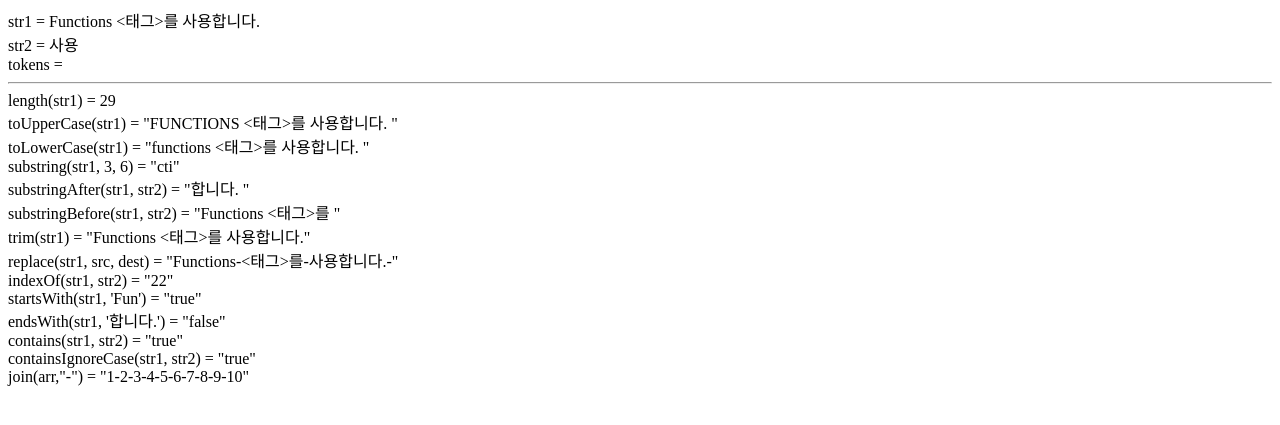
Repository: zhyuk/FullStackStudy
Page: http://localhost/jsptwo/13_04_jstl_function.jsp
These files come from the project's save history. The page is drawn as it stood at one moment and after the next save; the edit follows.
The browser window is 1280 px wide. The pictures show the whole page.
The page is served by Tomcat 9. Other server files are loaded and not shown.

Above is the page before, as saved 2024-08-30 08:59:15.

### jsp/jspwork/jsptwo/src/main/webapp/13_04_jstl_function.jsp
<%@ page language="java" contentType="text/html; charset=UTF-8"
    pageEncoding="UTF-8"%>
<%@ taglib prefix="c" uri="http://java.sun.com/jsp/jstl/core" %>
<%@ taglib prefix="fn" uri="http://java.sun.com/jsp/jstl/functions" %>
<!DOCTYPE html>
<html>
<head>
<meta charset="UTF-8">
<title>함수 사용</title>
</head>
<body>
	<% String str1 = "Functions &lt;태그&gt;를 사용합니다. "; %>
	<c:set var="str1" value="<%= str1 %>"/>
	<c:set var="str2" value="사용"/>

	str1 = ${str1}<br>
	str2 = ${str2}<br>
	<%-- EL 표기법의 좋은 점 : 값이 없으면 null 혹은 오류가 아닌 그냥 출력을 안함. --%>
	tokens = ${tokens} <br><hr>

	length(str1) = ${fn:length(str1)}<br>
	toUpperCase(str1) = "${fn:toUpperCase(str1)}" <br>
	toLowerCase(str1) = "${fn:toLowerCase(str1)}" <br>

	<!-- substring(변수, 시작인덱스, 마지막인덱스) : 변수를 시작인덱스부터 마지막인덱스-1까지 짤라서 가져옴.  -->
	substring(str1, 3, 6) = "${fn:substring(str1, 3, 6)}" <br>
	<!-- substringAfter(변수1, 변수2) : 변수1에 변수2의 값을 찾고 해당 값 뒤쪽 부분을 짤라서 가져옴. -->
	substringAfter(str1, str2) = "${fn:substringAfter(str1, str2)}" <br>
	<!-- substringAfter(변수1, 변수2) : 변수1에 변수2의 값을 찾고 해당 값 앞쪽 부분을 짤라서 가져옴. -->
	substringBefore(str1, str2) = "${fn:substringBefore(str1, str2)}" <br>

	<!--  trim() : 맨앞 맨뒤 공백 제거 -->
	trim(str1) = "${fn:trim(str1)}" <br>
	<!-- replace(요소, 대체할 값, 대체될 값) :대체할 값에 해당되는 값을 대체될 값으로 대체  -->
	replace(str1, src, dest) = "${fn:replace(str1, " ", "-")}" <br>
	indexOf(str1, str2) = "${fn:indexOf(str1, str2)}" <br>

	<!-- startsWith(요소, 값) : 요소가 값으로 시작되는지 검사. T/F 반환 -->
	startsWith(str1, 'Fun') = "${fn:startsWith(str1, 'Fun')}" <br>
	<!-- startsWith(요소, 값) : 요소가 값으로 끝나는지 검사. T/F 반환 -->
	endsWith(str1, '합니다.') = "${fn:endsWith(str1, '합니다.')}" <br>
	<!-- contains(요소1, 요소2) : 요소1에 요소2가 포함되어있나. T/F 반환 -->
	contains(str1, str2) = "${fn:contains(str1, str2)}"<br>

	<c:set var="smStr" value="java Server Page"/>
	<c:set var="lgStr" value="JAVA"/>
	containsIgnoreCase(str1, str2) = "${fn:containsIgnoreCase(smStr, lgStr)}"<br>

	<c:set var="tokens" value="1,2,3,4,5,6,7,8,9,10"/>
	<c:set var="arr" value="${fn:split(tokens, ',')}"/>
	join(arr,"-") = "${fn:join(arr, "-")}" <br>

</body>
</html>

After the next save:
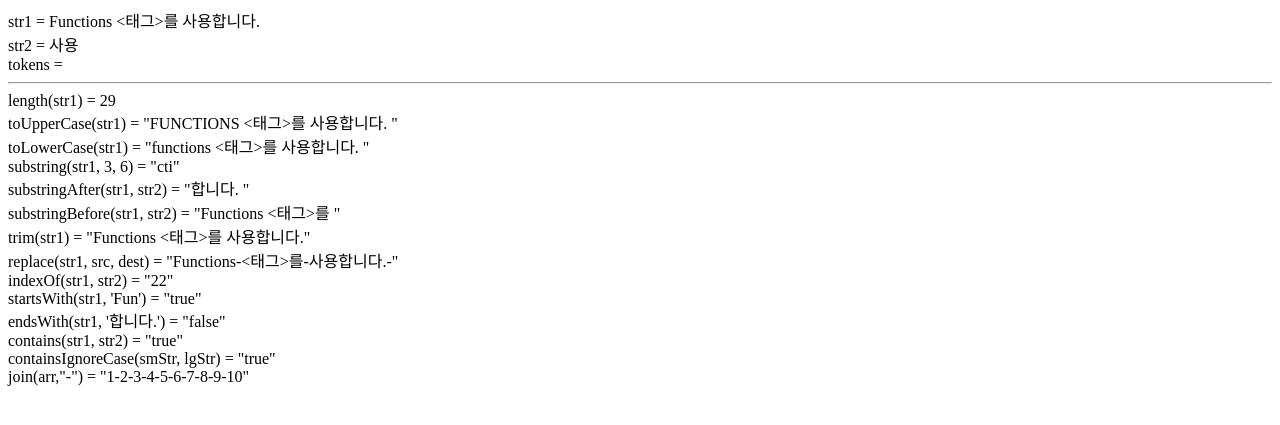
Saved 7 s later.
--- a/jsp/jspwork/jsptwo/src/main/webapp/13_04_jstl_function.jsp
+++ b/jsp/jspwork/jsptwo/src/main/webapp/13_04_jstl_function.jsp
@@ -44,7 +44,7 @@
 
 	<c:set var="smStr" value="java Server Page"/>
 	<c:set var="lgStr" value="JAVA"/>
-	containsIgnoreCase(str1, str2) = "${fn:containsIgnoreCase(smStr, lgStr)}"<br>
+	containsIgnoreCase(smStr, lgStr) = "${fn:containsIgnoreCase(smStr, lgStr)}"<br>
 
 	<c:set var="tokens" value="1,2,3,4,5,6,7,8,9,10"/>
 	<c:set var="arr" value="${fn:split(tokens, ',')}"/>
